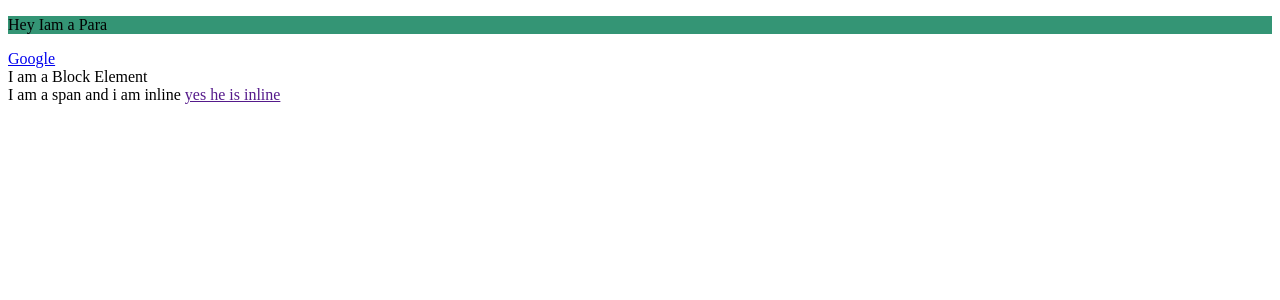
Repository: Mohan2347/Project-2
Page: 6.html
These files come from the project's save history. The page is drawn as it stood at one moment and after a run of saves; the edit follows.
The browser window is 1280 px wide. The pictures show the whole page.

Above is the page before, as saved 2024-11-13 21:42:23.

After the next 4 saves:
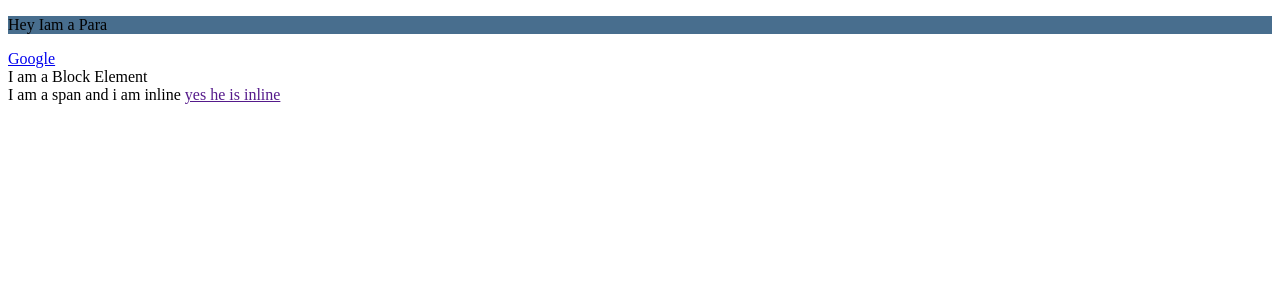
The 4 saves are shown as one change because they came seconds apart.
The last was saved 11 s later.
--- a/3.css
+++ b/3.css
@@ -1,3 +1,3 @@
 p{
-    background-color: rgb(52, 149, 117);
+    background-color: rgb(72, 110, 142);
 }
